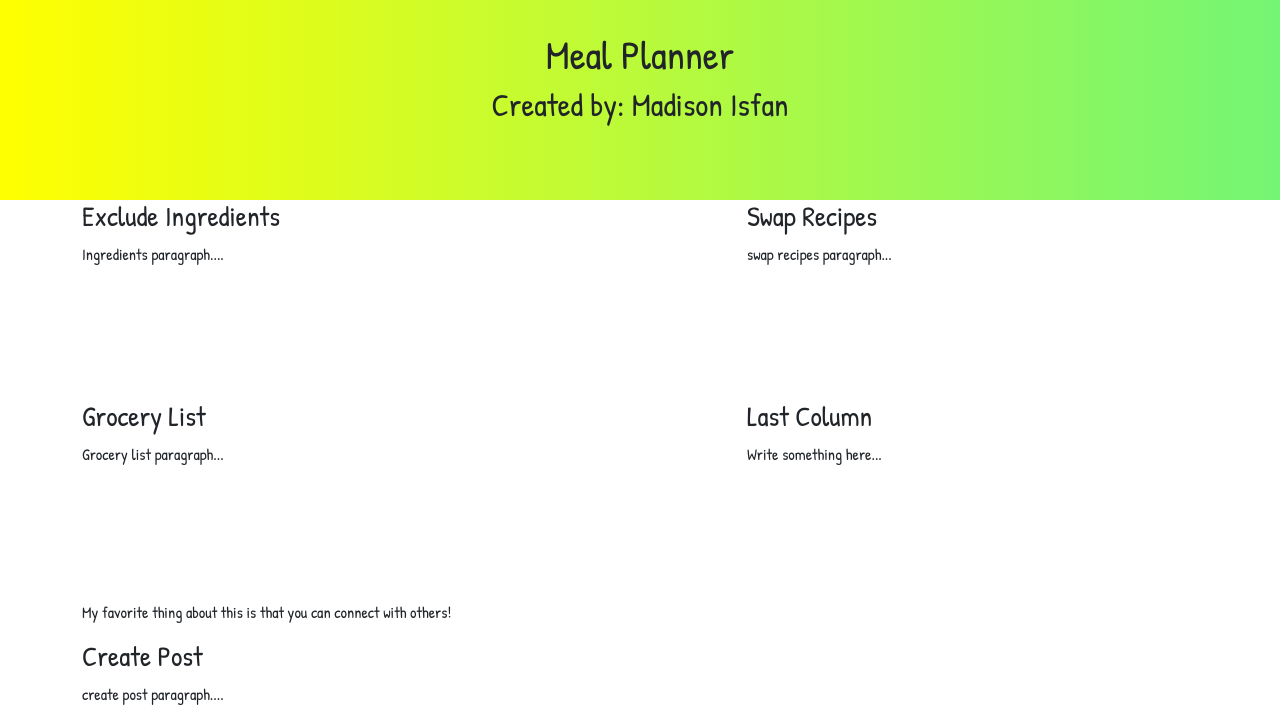
Repository: madisonisfan/Meal-Planner
Page: index.html
An editor plug-in stored every save of this project. The page is shown before and after the next save, followed by the edit.
The browser window is 1280 px wide. The pictures show the whole page.
Some web libraries are served in a nearby version.

Above is the page before, as saved 2021-02-17 17:04:37.

### index.html
<!DOCTYPE html>
<head>

    <meta charset="utf-8"/>
    <meta name="viewport" content="width=device-width, initial-scale=1"/>

    <link rel="stylesheet" href="node_modules/bootstrap/dist/css/bootstrap.min.css" />

    <link rel="stylesheet" href="https://fonts.googleapis.com/css?family=Indie+Flower|Patrick+Hand" />
    <link rel="stylesheet" href="css/styles.css"/>
    <title> Meal Planner </title>
</head>

<body>

    <header class="jumbotron">
        <div class="container">
            <div class="row row-content  justify-content-center">
                <div class="col text-center saling-self">
                    <h1>Meal Planner</h1>
                    <h2>Created by: Madison Isfan</h2>
                </div>
            </div>
        </div>

    </header>

    <div class="container ">
        <div class="row row-content justify-content-between">
            <div class="col-5">
                <h3>Exclude Ingredients</h3>
                <p>Ingredients paragraph....</p>
            </div>
            <div class="col-5">
                <h3>Swap Recipes</h3>
                <p>swap recipes paragraph...</p>
            </div>
        </div>

        <div class="row row-content justify-content-between">
            <div class="col-5">
                <h3>Grocery List</h3>
                <p>Grocery list paragraph...</p>
            </div>
            <div class="col-5">
                <h3>Last Column</h3>
                <p>Write something here...</p>
            </div>
        </div>

    </div> <!--End of container-->

    <div class="container">
        <div class="row">
            <div class="col">
                <p>My favorite thing about this is that you can connect with others!</p>
            </div>
        </div>
        <div class="row">
            <div class="col">
                <h3>Create Post</h3>
                <p>create post paragraph....</p>

            </div>
            <div class="col">

            </div>
            <div class="col">

            </div>

        </div>

    </div>


    <script src="node_modules/jquery/dist/jquery.slim.min.js"></script>
    <script src="node_modules/popper.js/dist/umd/popper.min.js"></script>
    <script src="node_modules/bootstrap/dist/js/bootstrap.min.js"></script>
</body>


</html>

### css/styles.css
header {
  height: 200px;
}
body {
  font-family: "Patrick Hand";
}

.row-content {
  min-height: 200px;
}

.jumbotron {
  padding: 30px;
  background-image: linear-gradient(to right, yellow, rgb(116, 245, 116));
}

After the next save:
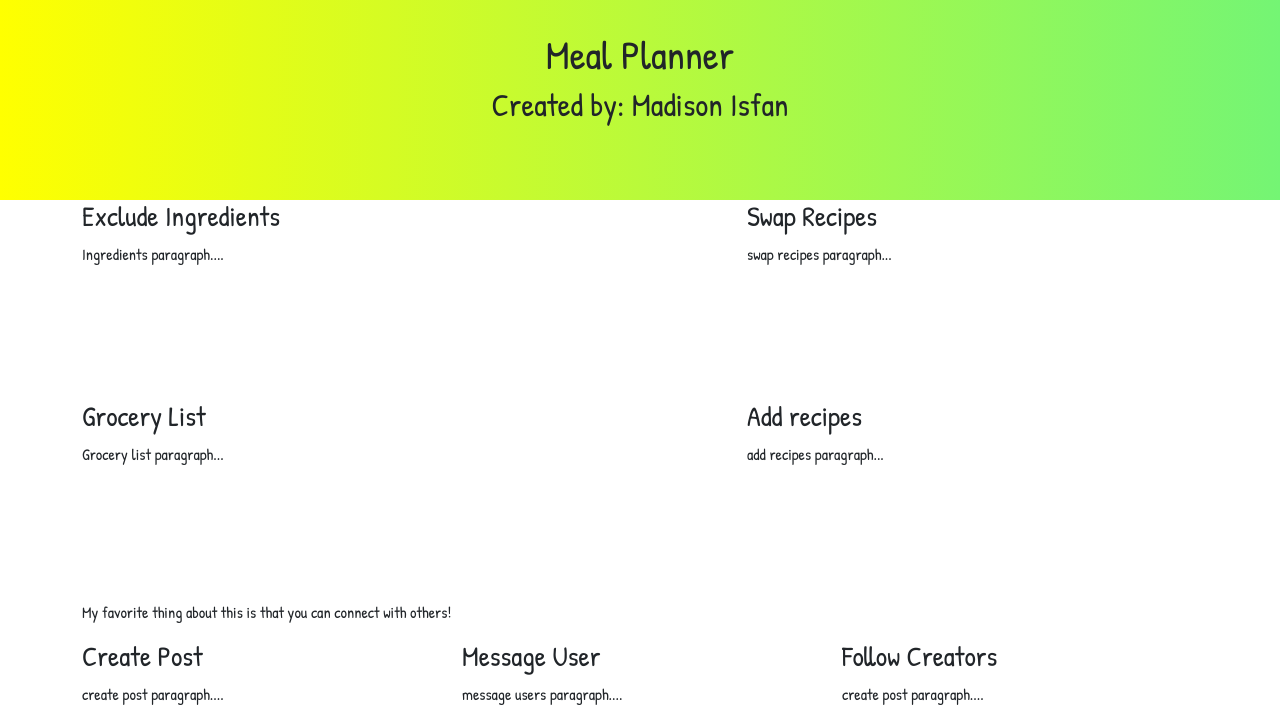
Saved 45 s later.
--- a/index.html
+++ b/index.html
@@ -43,8 +43,8 @@
                 <p>Grocery list paragraph...</p>
             </div>
             <div class="col-5">
-                <h3>Last Column</h3>
-                <p>Write something here...</p>
+                <h3>Add recipes</h3>
+                <p>add recipes paragraph...</p>
             </div>
         </div>
 
@@ -63,10 +63,12 @@
 
             </div>
             <div class="col">
-
+                <h3>Message User</h3>
+                <p>message users paragraph....</p>
             </div>
             <div class="col">
-
+                <h3>Follow Creators</h3>
+                <p>create post paragraph....</p>
             </div>
 
         </div>
